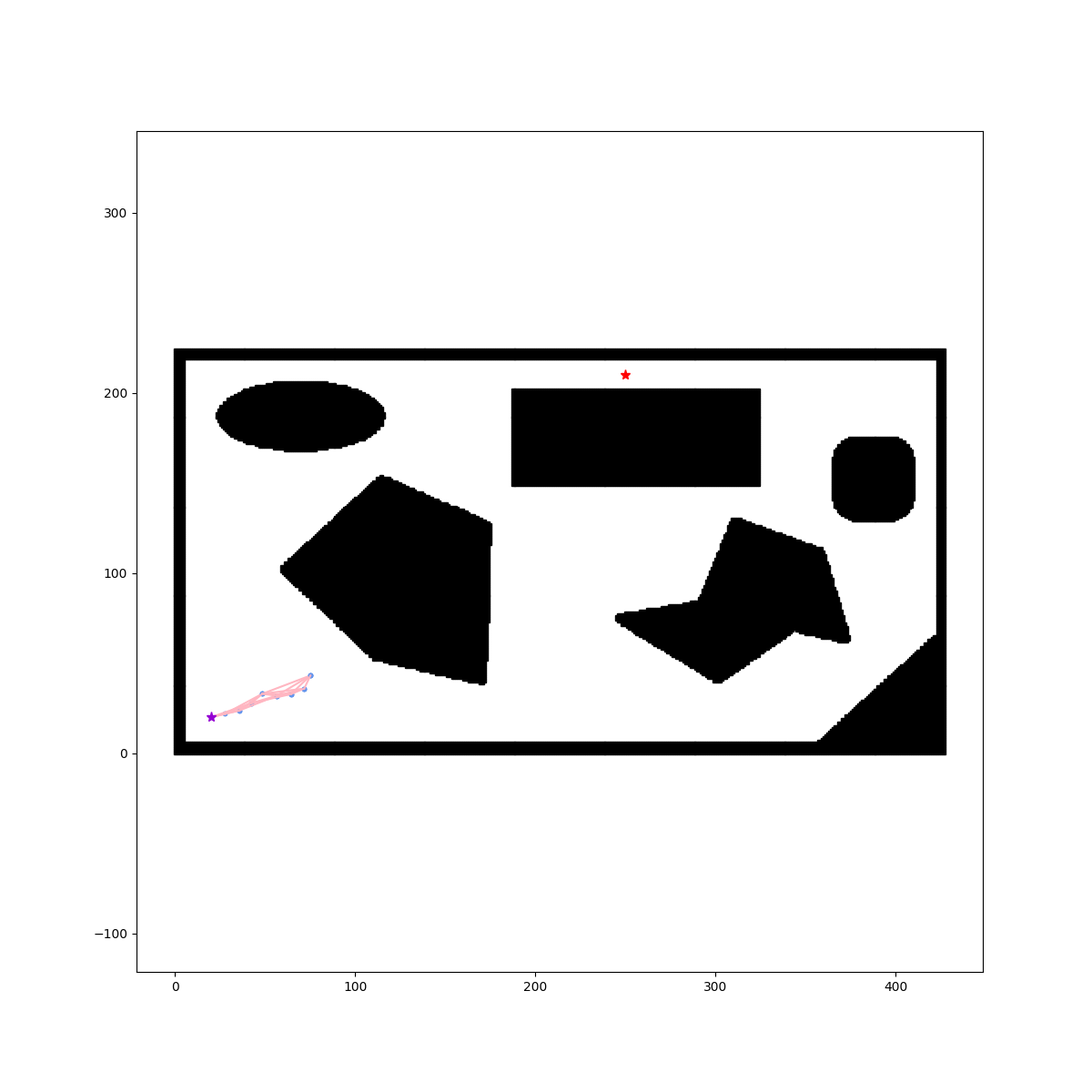
Repository: BaoL067/Pnc-Learning
Script's output: python sampling_based_planner/rrt_star.py
An editor plug-in stored every save of this project. The script's output is shown before and after a run of saves, followed by the edit.
The pictures are shown at 91% of full size.
Animations are shown at an early frame. Random numbers start from a fixed seed. It also reads sampling_based_planner/maps/map3.png.

Above is the script's output before, as saved 2024-10-06 15:47:09.

After the next 2 saves:
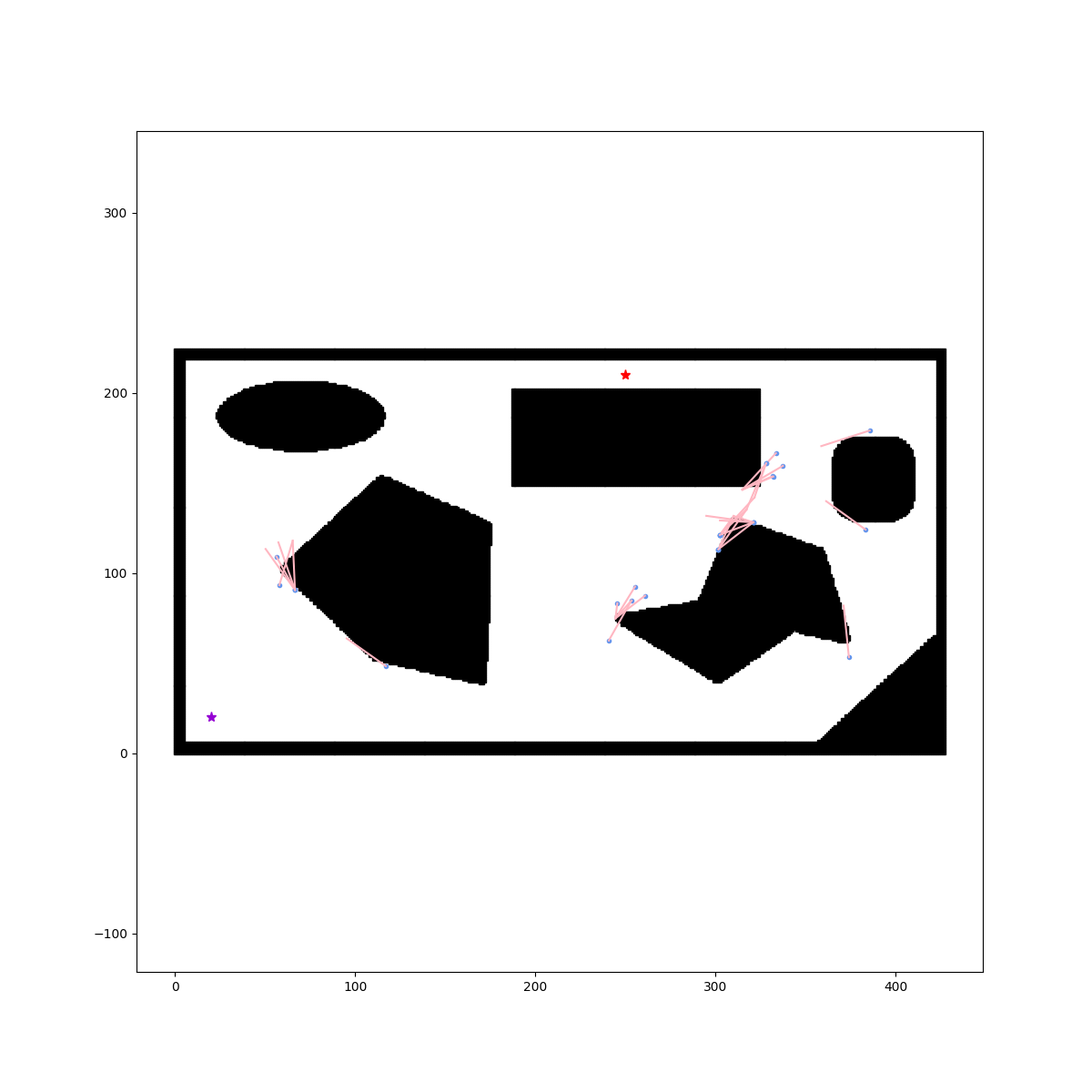
The 2 saves are shown as one change because they came seconds apart.
The last was saved 8 s later.
--- a/sampling_based_planner/rrt_star.py
+++ b/sampling_based_planner/rrt_star.py
@@ -92,6 +92,8 @@
                     optimal_node = min(near_nodes, key=lambda node: node.cost + math.hypot(node.x - new_node.x, node.y - new_node.y))
                     near_nodes.remove(optimal_node)
                     self.rewire(new_node, optimal_node)
+                    if self.check_collision_with_obs_map(new_node, self.obstacle_map):
+                        continue
                     self.draw_node_and_edge(new_node)
                 # # while near_nodes:
                 # #     near_nodes.remove(optimal_node)

After the save that followed:
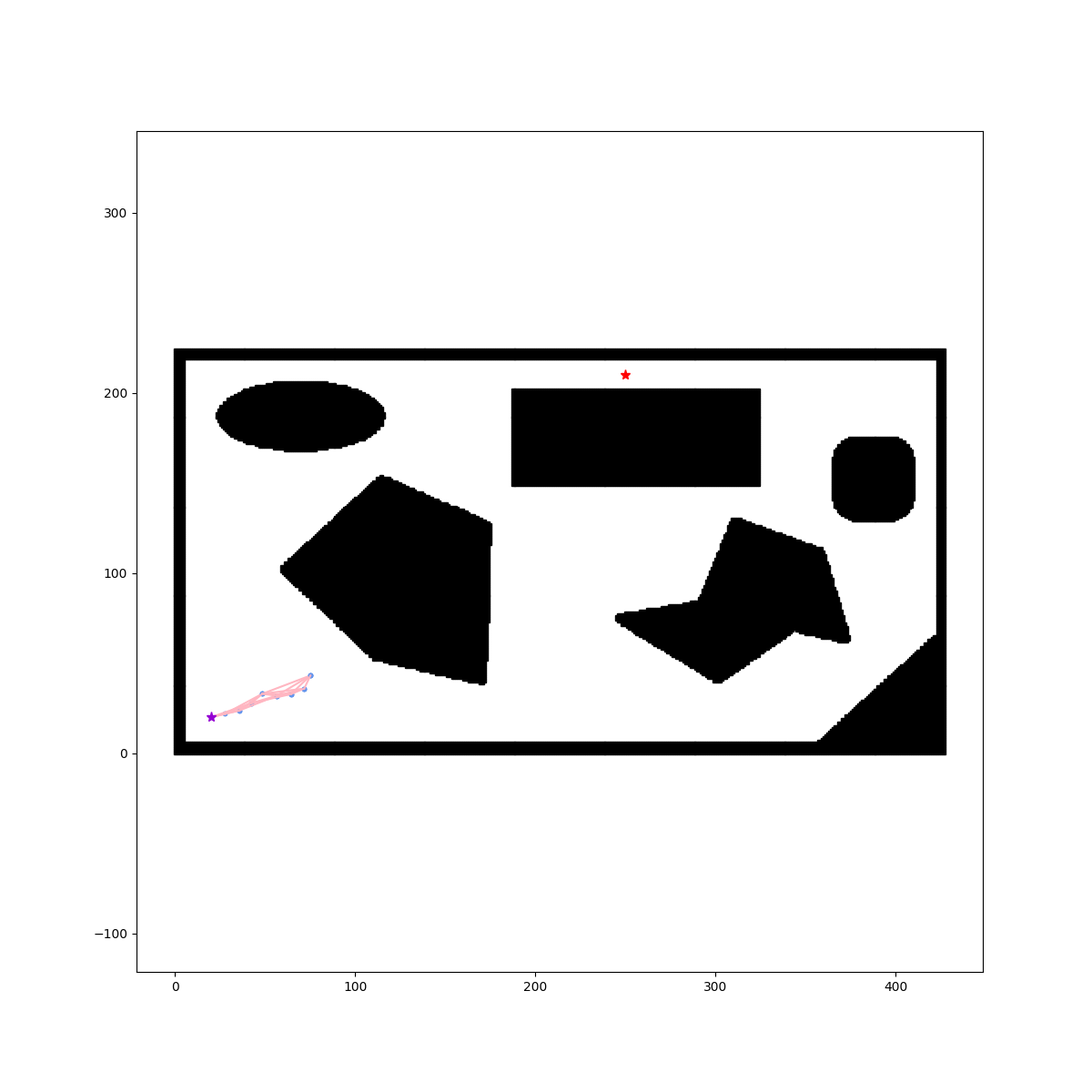
Saved 15 s later.
--- a/sampling_based_planner/rrt_star.py
+++ b/sampling_based_planner/rrt_star.py
@@ -92,7 +92,7 @@
                     optimal_node = min(near_nodes, key=lambda node: node.cost + math.hypot(node.x - new_node.x, node.y - new_node.y))
                     near_nodes.remove(optimal_node)
                     self.rewire(new_node, optimal_node)
-                    if self.check_collision_with_obs_map(new_node, self.obstacle_map):
+                    if not self.check_collision_with_obs_map(new_node, self.obstacle_map):
                         continue
                     self.draw_node_and_edge(new_node)
                 # # while near_nodes:
